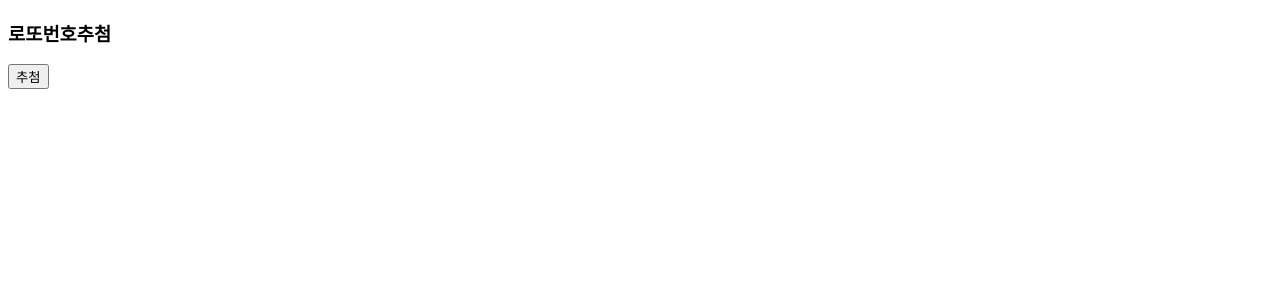
Repository: sun2898/JSP
Page: http://localhost/JSPBasic/jsptag/quiz01.jsp
The author's editor kept a copy of each file at every save. The page is drawn from the files as they stood at one save, then again after the next save.
The browser window is 1280 px wide. The pictures show the whole page.
The page is served by Tomcat 9. Nobody is signed in. The application's start-up code is not run. Other server files are loaded and not shown.

Above is the page before, as saved 2023-06-01 09:30:01.

### JSPBasic/src/main/webapp/jsptag/quiz01.jsp
<%@page import="java.util.ArrayList"%>
<%@page import="java.util.List"%>
<%@page import="java.util.Arrays"%>
<%@ page import = "javax.servlet.jsp.*" %>
<%@ page language="java" contentType="text/html; charset=UTF-8"
    pageEncoding="UTF-8"%>
<%
	//실행될때마다 랜덤한 로또번호를 저장하고 출력해주는 프로그램코드를 작성해보세요. 방법은 자유!

	List<Integer> lotto = new ArrayList<>();

	for(int i = 0; i < 6; i++) {
		int number = (int)(Math.random() * 45) + 1;

		if(!lotto.contains(number)) {
			lotto.add(number);
		} else {
			i--;
		}
	}
	String result = lotto.toString();

%>
<!DOCTYPE html>
<html>
<head>
<meta charset="UTF-8">
<title>Insert title here</title>
</head>
<body>

	<h3>로또번호추첨</h3>


	<input type = "button" value = "추첨" onclick = "aaaaa" />



</body>
</html>

After the next save:
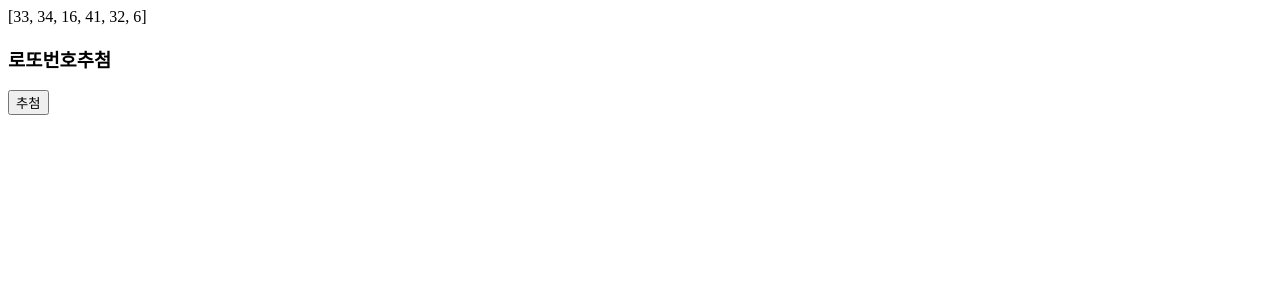
Saved 11 s later.
--- a/JSPBasic/src/main/webapp/jsptag/quiz01.jsp
+++ b/JSPBasic/src/main/webapp/jsptag/quiz01.jsp
@@ -20,6 +20,7 @@
 	}
 	String result = lotto.toString();
 
+	out.println(result);
 %>
 <!DOCTYPE html>
 <html>
